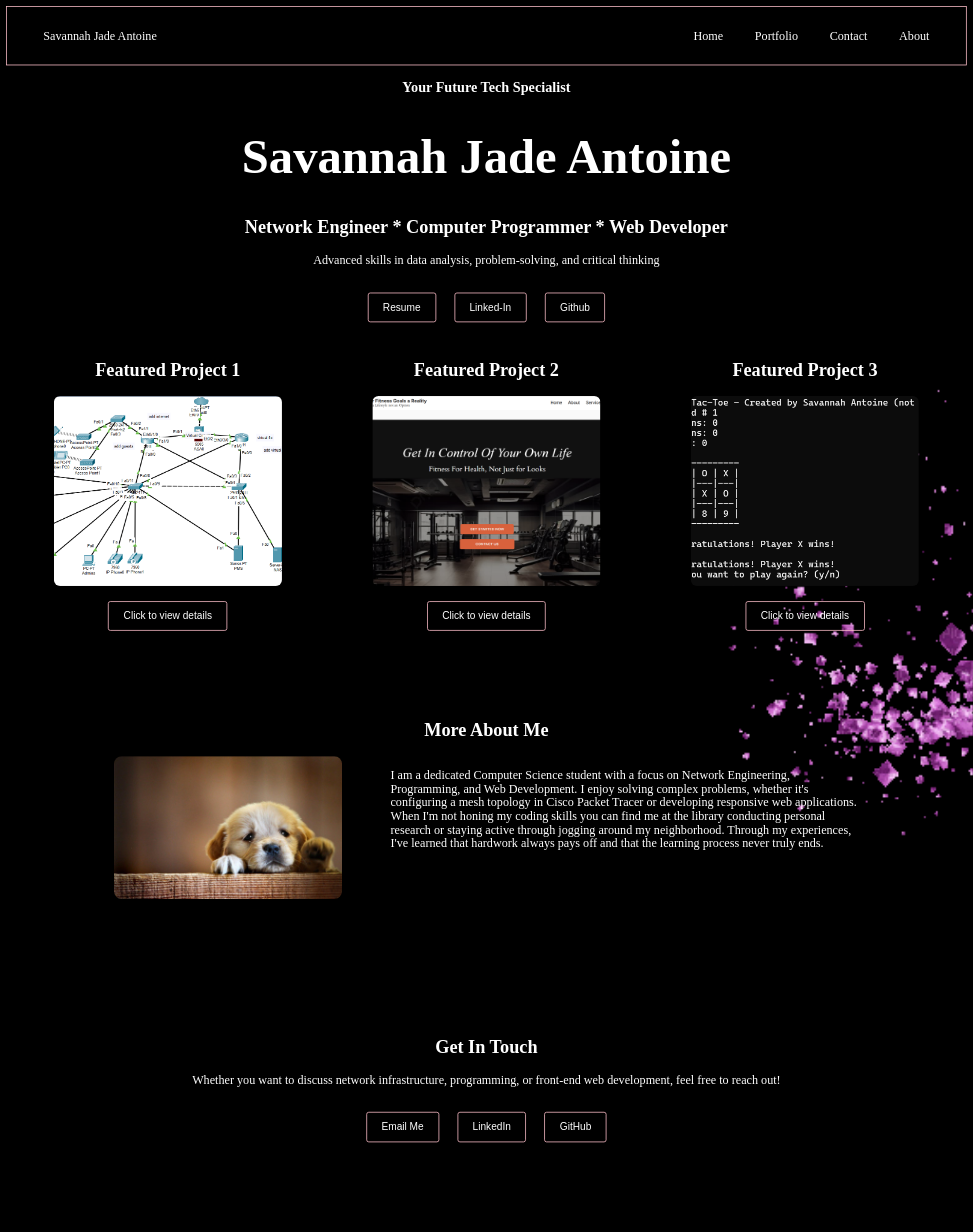
Repository: Savannah-Antoine/Savannah-Antoine
Page: index.html
The author's editor kept a copy of each file at every save. The page is drawn from the files as they stood at one save, then again after the next save.
The browser window is 1280 px wide. The pictures show the whole page, at 76% of full size.

Above is the page before, as saved 2026-05-16 01:43:16.

After the next save:
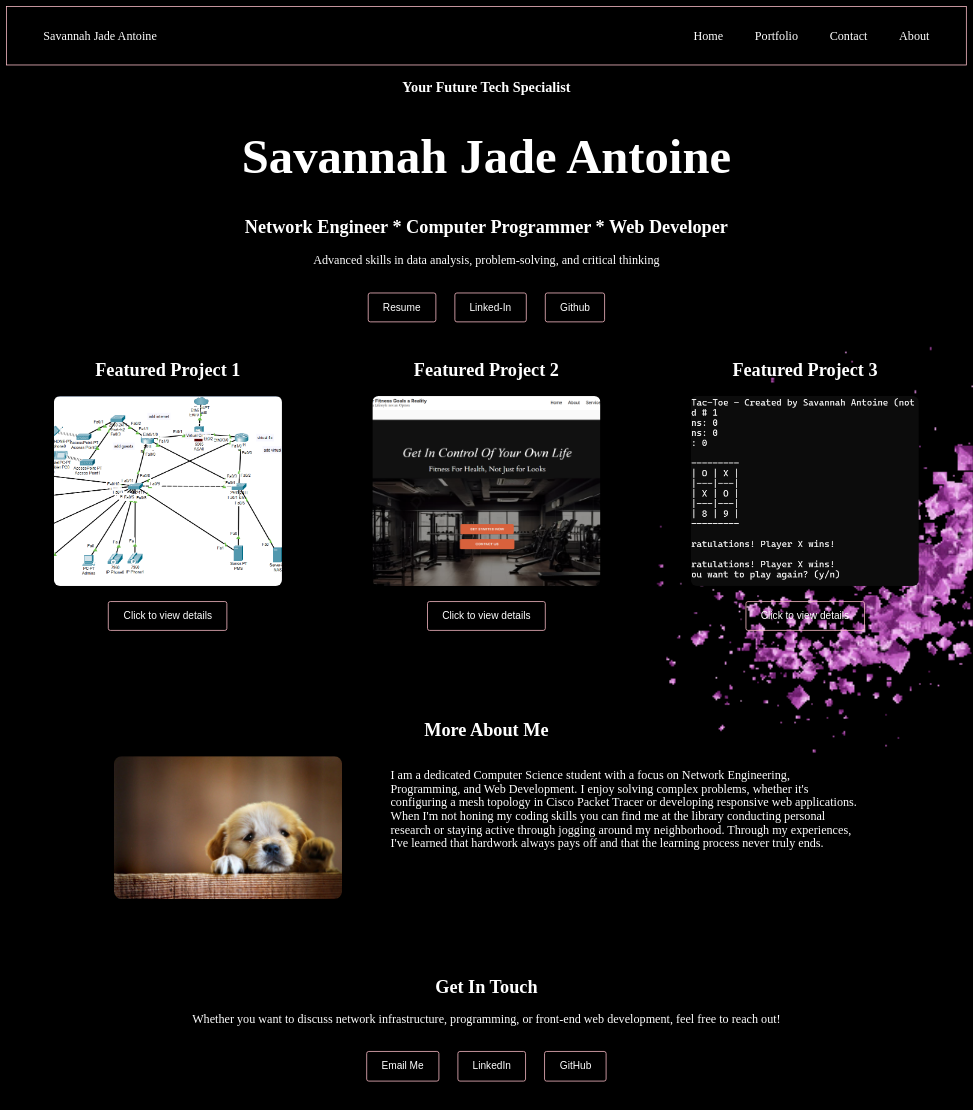
Saved 110 s later.
--- a/index.html
+++ b/index.html
@@ -16,7 +16,7 @@
         <ul class = "navigation">
   <li><a href="index.html">Home</a></li>
   <li><a href="#PortfolioSection">Portfolio</a></li>
-  <li><a href="#ContactMe">Contact</a></li>
+  <li><a href="#ContactSection">Contact</a></li>
   <li><a href="#AboutMe">About</a></li>
 </ul>
 
--- a/styles/index.css
+++ b/styles/index.css
@@ -34,30 +34,3 @@ img{
     max-width: 400px;
     height: auto;
 }
-.contact-container {
-    text-align: center;
-    padding: 5rem 10%;
-}
-
-.contact-methods {
-    display: flex;
-    justify-content: center;
-    gap: 2rem;
-    margin-top: 3rem;
-}
-
-.contact-btn {
-    display: inline-block;
-    padding: 0.8rem 2rem;
-    border: 2px solid pink; /* Your purple theme color */
-    color: #fff;
-    text-decoration: none;
-    border-radius: 5px;
-    transition: all 0.3s ease;
-}
-
-.contact-btn:hover {
-    background-color: #b388ff;
-    color: #000; /* Inverts text color on hover for high contrast */
-    transform: translateY(-3px); /* Subtle float effect */
-}
